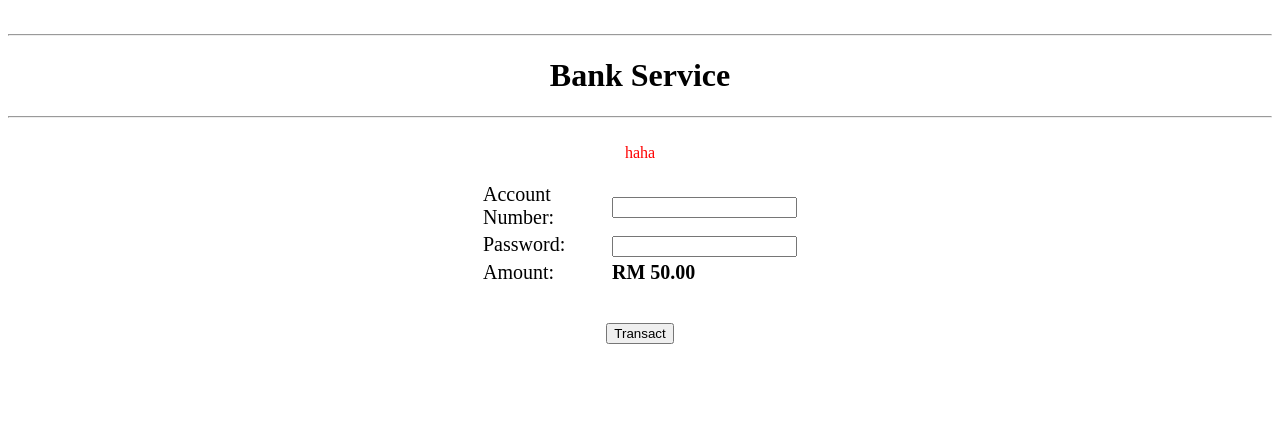
Repository: Jeck97/Mcdonald-Delivery-System
Page: http://localhost/McDelivery/bankService/transactionForm.jsp
These files come from the project's save history. The page is drawn as it stood at one moment and after the next save; the edit follows.
The browser window is 1280 px wide. The pictures show the whole page.
The page is served by Tomcat 9. Other server files are loaded and not shown.

Above is the page before, as saved 2020-07-12 18:14:05.

### McDelivery/WebContent/bankService/transactionForm.jsp
<%@ page language="java" contentType="text/html; charset=ISO-8859-1"
	pageEncoding="ISO-8859-1"%>
<!DOCTYPE html>
<html>
<head>
<meta charset="ISO-8859-1">
<title>Transaction Page</title>
</head>
<body>

	<br>

	<hr>

	<h1 style="text-align: center;">Bank Service</h1>

	<hr>

	<br>

	<div style="color: #FF0000; text-align: center;">haha${errorMessage}</div>

	<br>

	<form action="transactionServlet" method="post">

		<table style="align-content: space-between; margin: auto; width: 320px; height: 100px;">
			<tr style="font-size: 20px">
				<td><label for="account_number">Account Number:</label></td>
				<td><input id="account_number" name="account_number" type="number" required></td>
			</tr>
			<tr style="font-size: 20px">
				<td><label for="password">Password:</label></td>
				<td><input id="password" name="password" type="password" required></td>
			</tr>
			<tr style="font-size: 20px">
				<td><label>Amount:</label></td>
				<td><b>RM 50.00</b></td>
			</tr>
		</table>

		<br><br>

		<div style="text-align: center;">
			<input type="submit" value="Transact">
		</div>

	</form>

</body>
</html>

After the next save:
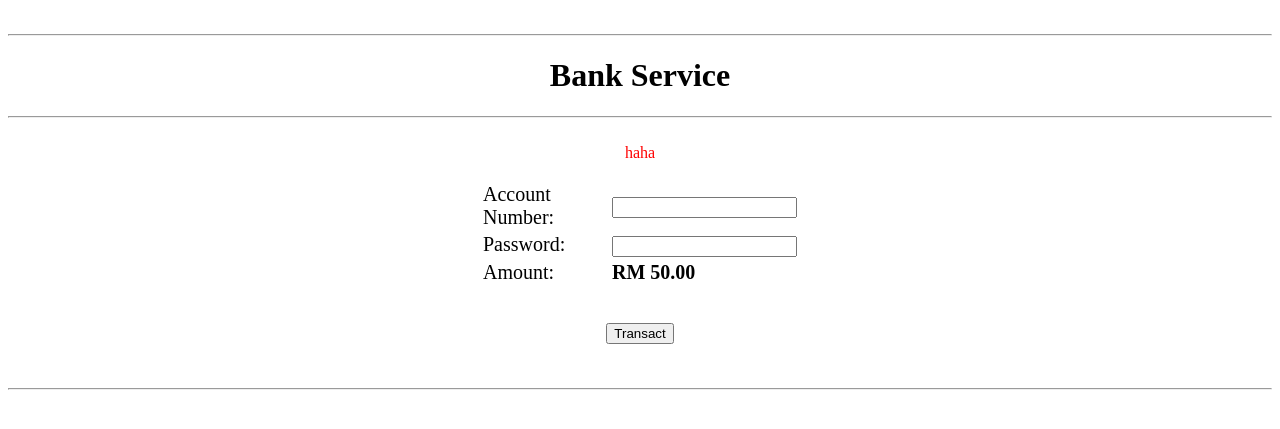
Saved 35 s later.
--- a/McDelivery/WebContent/bankService/transactionForm.jsp
+++ b/McDelivery/WebContent/bankService/transactionForm.jsp
@@ -18,7 +18,7 @@
 
 	<br>
 
-	<div style="color: #FF0000; text-align: center;">haha${errorMessage}</div>
+	<div style="color: #FF0000; text-align: center; ">haha${errorMessage}</div>
 
 	<br>
 
@@ -47,5 +47,9 @@
 
 	</form>
 
+	<br><br>
+
+	<hr>
+
 </body>
 </html>
